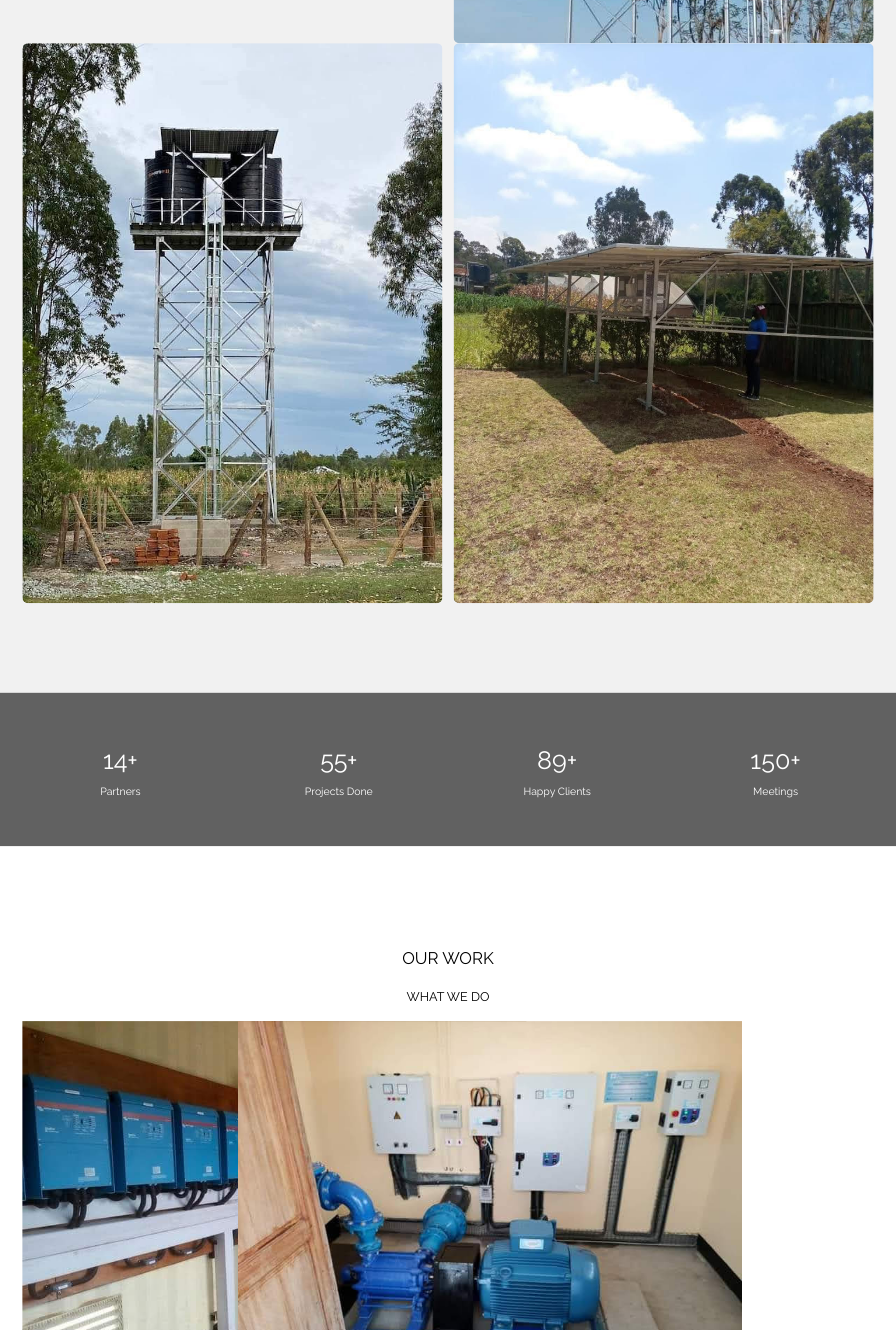
Repository: peterclermy232/LAZCOM
Page: index.html
An editor plug-in stored every save of this project. The page is shown before and after a run of saves, followed by the edit.
The browser window is 1280 px wide. The pictures show the part of the page from y = 2564 to 4464 px (the page is 8448 px tall before and 6884 px after), at 70% of full size.
A picture or video elsewhere on the page could not be fetched, so the positions and the page height are approximate.

Above is the page before, as saved 2022-06-23 08:39:41.

### index.html
<!DOCTYPE html>
<html>
<head>
<title>LAZCOM SOLAR AND ELECTRICALS SERVICES</title>
<meta charset="UTF-8">
<meta name="viewport" content="width=device-width, initial-scale=1">
<link rel="stylesheet" href="https://www.w3schools.com/w3css/4/w3.css">
<link rel="stylesheet" href="https://fonts.googleapis.com/css?family=Raleway">
<link rel="stylesheet" href="https://cdnjs.cloudflare.com/ajax/libs/font-awesome/4.7.0/css/font-awesome.min.css">
<style>
body,h1,h2,h3,h4,h5,h6 {font-family: "Raleway", sans-serif}

body, html {
  height: 100%;
  line-height: 1.8;
}

/* Full height image header */
.bgimg-1 {
  background-position: center;
  background-size: cover;
  background-image: url("images/sunsolar.jpeg");
  min-height: 100%;
}

.w3-bar .w3-button {
  padding: 16px;
}
</style>
</head>
<body>

<!-- Navbar (sit on top) -->
<div class="w3-top">
  <div class="w3-bar w3-white w3-card" id="myNavbar">

    <a href="#home" class="w3-bar-item w3-button w3-wide">
        <img src="images/images.png" alt="" style="width: 45%;">
    </a>
    <!-- Right-sided navbar links -->
    <div class="w3-right w3-hide-small">
      <a href="#about" class="w3-bar-item w3-button">ABOUT</a>
      <a href="#team" class="w3-bar-item w3-button"><i class="fa fa-user"></i> REFERENCES</a>
      <a href="#work" class="w3-bar-item w3-button"><i class="fa fa-th"></i> WORK</a>
      <!--<a href="#pricing" class="w3-bar-item w3-button"><i class="fa fa-usd"></i> PRICING</a>-->
      <a href="#contact" class="w3-bar-item w3-button"><i class="fa fa-envelope"></i> CONTACT</a>
    </div>
    <!-- Hide right-floated links on small screens and replace them with a menu icon -->

    <a href="javascript:void(0)" class="w3-bar-item w3-button w3-right w3-hide-large w3-hide-medium" onclick="w3_open()">
      <i class="fa fa-bars"></i>
    </a>
  </div>
</div>

<!-- Sidebar on small screens when clicking the menu icon -->
<nav class="w3-sidebar w3-bar-block w3-black w3-card w3-animate-left w3-hide-medium w3-hide-large" style="display:none" id="mySidebar">
  <a href="javascript:void(0)" onclick="w3_close()" class="w3-bar-item w3-button w3-large w3-padding-16">Close ×</a>
  <a href="#about" onclick="w3_close()" class="w3-bar-item w3-button">ABOUT</a>
  <a href="#team" onclick="w3_close()" class="w3-bar-item w3-button">REFERENCES</a>
  <a href="#work" onclick="w3_close()" class="w3-bar-item w3-button">WORK</a>
  <!--<a href="#pricing" onclick="w3_close()" class="w3-bar-item w3-button">PRICING</a>-->
  <a href="#contact" onclick="w3_close()" class="w3-bar-item w3-button">CONTACT</a>
</nav>

<!-- Header with full-height image -->
<header class="bgimg-1 w3-display-container w3-grayscale-min" id="home">
  <div class="w3-display-left w3-text-white" style="padding:48px">
    <span class="w3-jumbo w3-hide-small" style="color: green;">Services beyond you expectations</span><br>
    <span class="w3-xxlarge w3-hide-large w3-hide-medium">Start something that matters</span><br>
    <span class="w3-large">Lazcom is here to help you stay in a well ventilate house.</span>
    <p><a href="#about" class="w3-button w3-white w3-padding-large w3-large w3-margin-top w3-opacity w3-hover-opacity-off">Learn more and start today</a></p>
  </div>
  <div class="w3-display-bottomleft w3-text-grey w3-large" style="padding:24px 48px">

</header>

<!-- About Section -->
<div class="w3-container" style="padding:128px 16px" id="about">
  <h3 class="w3-center">ABOUT THE COMPANY</h3>
  <p class="w3-center w3-large">Key features of our company</p>
  <div class="w3-row-padding w3-center" style="margin-top:64px">
    <h3 style="text-align: center;">COMPANY PROFILE</h3>
<p>Lazcom Solar and Electrical Services Limited is a Company registered in Kenya
    in accordance to chap. 486 of Company’s act. Started in 2009 as a sole
    proprietorship, Lazcom Solar has grown in customer base and service and it
    was then registered as a Limited Company in Kenya in 2013.
    We
    specialize
    in
    design,
    selection,
    purchase,
    servicing,
    maintenance,
    replacement, installation, testing and commissioning of all types of green
    energy solutions up to and including solar water heating system, power back up
    systems,Borehole drilling and Equiping, solar water pump installation and to
    carry on business as consultants, advisers and service providers in respect of</p>
</div>
    <div class="">

      <p class="w3-large">Visson</p>
      <p>To be a leading alternative energy solutions provider by offering affordable and
        environmental friendly green energy solar solutions beyond the expectations of
        our clients.</p>
    </div>
    <div class="" style="margin: auto;">

      <p class="w3-large">Mission</p>
      <p>To satisfy our customers by offering efficient, effective, environmental friendly
        and affordable electric light, heating and power supplies using the latest
        technology and state of the art equipment for both commercial and residential
        use in accordance to our clients' needs.</p>
    </div>
</div>
    <div class="image">

        <p style="text-align: center;">Values</p>
        <p style="text-align: center;">Our Values Define our Being:</p>
        <div class="fakeimg">
            <ul>
              <li>We accept that challenges make us stronger and we enjoy the satisfaction of a
                job well done. We take action, make things real, work smart, have fun, and
                maintain a positive outlook in all things we do.</li>
              <li>We lead by example and use honesty, integrity, and open communications in all
                of our interactions.</li>
              <li>We strive to continually grow and improve as individuals, as a team, and as a
                company.</li>
              <li>We maintain a cost conscious attitude, promote increased efficiency, and
                ensure quality, which leads to a competitive edge in the marketplace.</li>
              <li>Sustainability and environmental stewardship through alternative energy
                sources and renewable energy systems is the core of our business, not only in
                our products and services we offer, but also the way we operate.</li>
              <li>We achieve customer satisfaction by honoring our commitments, exceeding
                expectations, and providing the highest quality products and service.</li>
            </ul>
          </div>
      </div>
</div>

<!-- Promo Section - "We know design" -->
<div class="w3-container w3-light-grey" style="padding:128px 16px">
  <div class="w3-row-padding">
    <div class="w3-col m6">
      <p><a href="#work" class="w3-button w3-black"><i class="fa fa-th"> </i> View Our Works</a></p>
    </div>
    <div class="w3-col m6">
      <img class="w3-image w3-round-large" src="images/metal.jpeg" alt="Buildings" width="700" height="394">
    </div>
    <div class="w3-col m6">

      <img class="w3-image w3-round-large" src="images/tank.jpeg" alt="Buildings" width="700" height="394">
    </div>
    <div class="w3-col m6">

      <img class="w3-image w3-round-large" src="images/person2.jpeg" alt="Buildings" width="700" height="394">
    </div>
  </div>
</div>

<!-- Team Section -->
<!-- Promo Section "Statistics" -->
<div class="w3-container w3-row w3-center w3-dark-grey w3-padding-64">
  <div class="w3-quarter">
    <span class="w3-xxlarge">14+</span>
    <br>Partners
  </div>
  <div class="w3-quarter">
    <span class="w3-xxlarge">55+</span>
    <br>Projects Done
  </div>
  <div class="w3-quarter">
    <span class="w3-xxlarge">89+</span>
    <br>Happy Clients
  </div>
  <div class="w3-quarter">
    <span class="w3-xxlarge">150+</span>
    <br>Meetings
  </div>
</div>

<!-- Work Section -->
<div class="w3-container" style="padding:128px 16px" id="work">
  <h3 class="w3-center">OUR WORK</h3>
  <p class="w3-center w3-large">WHAT WE DO</p>

  <div class="w3-row-padding" >
    <div class="w3-col l3 m6">
      <div class="w3-quarter">
        <img src="images/person1.jpeg" alt="">
      </div>

    </div>
   <!-- <div class="w3-col l3 m6">
      <div class="w3-quarter">
        <img src="images/person2.jpeg" alt="">
      </div>
    </div>
    -->
    <div class="w3-col l3 m6">
      <div class="w3-quarter">
        <img src="images/machine.jpeg" alt="">
      </div>
    </div>
  </div>
  <div class="w3-row-padding">
     <div class="w3-col l3 m6">
    <div class="w3-quarter">
      <img src="images/person2.jpeg" alt="">
    </div>
  </div>

  </div>

  <div class="w3-row-padding" style="margin-top:64px">
    <div class="w3-col l3 m6">
        <ol>
            <li>Designs, installations and Maintainance.</li>
            <li>Solar energy(lighting,water heating,pumping and street lighting)</li>
            <li>Power back-up system installation and maintainance</li>
            <li>Service and maintainance contracts</li>
            <li>Water pumps and Borehole services(Drilling and Equiping).</li>
            <li>General electrical designs and installations.</li>
            <li>Swimming pool design,installation and maintainance.</li>
          </ol>
    </div>
    <div class="w3-col l3 m6">
        <ol>
            <h3>We supply and install:</h3>
            <div>
              <li>Solar panels</li>
              <li>Generators</li>
              <li>Solar batteries</li>
              <li>Water pumps</li>
              <li>Inverters</li>
              <li>Electrical and plumbling</li>
              <li>Solar water heating systems</li>
              <li>Wiring</li>
              </div>
        </ol>
    </div>
    <div class="w3-col l3 m6">
        <h5>P.V application</h5>
        <ol>
          <li>Household appliances e.g. TVs, radio, home theatre, laptops etc</li>
          <li>Water pumping for small scale remote irrigation, stock watering and
            residential use.</li>
          <li>Lighting for residential needs, billboards, security, street lights, parking
            lots, pathways and schools.</li>
          <li>Refrigeration for medical and recreational uses.</li>
        </ol>
    </div>
    <div class="w3-col l3 m6">
        <p>Advantages of solar lighting</p>
  <ol>
    <li>Reliability</li>
    <li>Low operating costs</li>
    <li>Low environmental pollution</li>
    <li>Stand alone capability</li>
    <li>Portability</li>
    <li>Modularity</li>
    <li>Safety</li>
    <li>Ease of installation</li>
  </ol>
    </div>
  </div>

  <div class="w3-row-padding w3-section">
    <div class="w3-col l3 m6">
        <ol class=" flex-column">
            <h6><b>Solar powered water pumping systems (diagrams/pictures)</b></h6>
            <li class="nav-item">
              Grundfos -borehole applications
            </li>
            <li class="nav-item">
              Lorentzs pumps- for shallow wells,boreholes and booster applicati
            </li>
            <li class="nav-item">
              Dayliff pumps- shallow wells,surface and borehole pumps
            </li>
            <li class="nav-item">
              Solar security light
            </li>
            <li class="nav-item">
              Solar powered lanterns
            </li>
            <li class="nav-item">
              Solar garden lights
            </li>
            <li class="nav-item">
              Solar cell phone charger
            </li>
            <li class="nav-item">
              LED bulbs
            </li>
          </ol>
    </div>
    <div class="w3-col l3 m6">
        <p>Advantages of solar water system</p>
        <ol>
          <li>Energy Saving</li>
          <li>Use of free solar energy hence reduction of power bills.</li>
          <li>24 hours hot water</li>
          <li>Long life span-over 20 years</li>
          <li>Maintenance free system</li>
        </ol>
    </div>
    <div class="w3-col l3 m6">
        <p>Advantages of power backup systems</p>
        <ol>
          <li>Standby power in the event of main’s failure</li>
          <li>Alternative to generators which are expensive to maintain and fuel</li>
          <li>Instant and automatic changeover when the mains power fails</li>
          <li>Totally silent and non-polluting operation</li>
          <li>Very low running costs-just the power to charge the batteries</li>
        </ol>
    </div>
    <div class="w3-col l3 m6">
      <img src="/w3images/tech_tableturner.jpg" style="width:100%" onclick="onClick(this)" class="w3-hover-opacity" alt="A tableturner">
    </div>
  </div>
</div>

<!-- Modal for full size images on click-->
<div id="modal01" class="w3-modal w3-black" onclick="this.style.display='none'">
  <span class="w3-button w3-xxlarge w3-black w3-padding-large w3-display-topright" title="Close Modal Image">×</span>
  <div class="w3-modal-content w3-animate-zoom w3-center w3-transparent w3-padding-64">
    <img id="img01" class="w3-image">
    <p id="caption" class="w3-opacity w3-large"></p>
  </div>
</div>

<!-- Skills Section -->
<div class="w3-container w3-light-grey w3-padding-64">
  <div class="w3-row-padding">
    <div class="w3-col m6">
      <h3>Our Skills.</h3>
    <!--  <p>Lorem ipsum dolor sit amet, consectetur adipiscing elit, sed do eiusmod<br>
      tempor incididunt ut labore et dolore.</p>
      <p>Lorem ipsum dolor sit amet, consectetur adipiscing elit, sed do eiusmod<br>
      tempor incididunt ut labore et dolore.</p>
      -->
    </div>
    <div class="w3-col m6">
      <p class="w3-wide"><i class="fa fa-camera w3-margin-right"></i>Solar Installation</p>
      <div class="w3-grey">
        <div class="w3-container w3-dark-grey w3-center" style="width:90%">90%</div>
      </div>
      <p class="w3-wide"><i class="fa fa-desktop w3-margin-right"></i>Plumbing</p>
      <div class="w3-grey">
        <div class="w3-container w3-dark-grey w3-center" style="width:85%">85%</div>
      </div>
      <p class="w3-wide"><i class="fa fa-photo w3-margin-right"></i>Wiring</p>
      <div class="w3-grey">
        <div class="w3-container w3-dark-grey w3-center" style="width:75%">75%</div>
      </div>
    </div>
  </div>
</div>

<!-- Pricing Section
<div class="w3-container w3-center w3-dark-grey" style="padding:128px 16px" id="pricing">
  <h3>PRICING</h3>
  <p class="w3-large">Choose a pricing plan that fits your needs.</p>
  <div class="w3-row-padding" style="margin-top:64px">
    <div class="w3-third w3-section">
      <ul class="w3-ul w3-white w3-hover-shadow">
        <li class="w3-black w3-xlarge w3-padding-32">Basic</li>
        <li class="w3-padding-16"><b>10GB</b> Storage</li>
        <li class="w3-padding-16"><b>10</b> Emails</li>
        <li class="w3-padding-16"><b>10</b> Domains</li>
        <li class="w3-padding-16"><b>Endless</b> Support</li>
        <li class="w3-padding-16">
          <h2 class="w3-wide">$ 10</h2>
          <span class="w3-opacity">per month</span>
        </li>
        <li class="w3-light-grey w3-padding-24">
          <button class="w3-button w3-black w3-padding-large">Sign Up</button>
        </li>
      </ul>
    </div>
    <div class="w3-third">
      <ul class="w3-ul w3-white w3-hover-shadow">
        <li class="w3-red w3-xlarge w3-padding-48">Pro</li>
        <li class="w3-padding-16"><b>25GB</b> Storage</li>
        <li class="w3-padding-16"><b>25</b> Emails</li>
        <li class="w3-padding-16"><b>25</b> Domains</li>
        <li class="w3-padding-16"><b>Endless</b> Support</li>
        <li class="w3-padding-16">
          <h2 class="w3-wide">$ 25</h2>
          <span class="w3-opacity">per month</span>
        </li>
        <li class="w3-light-grey w3-padding-24">
          <button class="w3-button w3-black w3-padding-large">Sign Up</button>
        </li>
      </ul>
    </div>
    <div class="w3-third w3-section">
      <ul class="w3-ul w3-white w3-hover-shadow">
        <li class="w3-black w3-xlarge w3-padding-32">Premium</li>
        <li class="w3-padding-16"><b>50GB</b> Storage</li>
        <li class="w3-padding-16"><b>50</b> Emails</li>
        <li class="w3-padding-16"><b>50</b> Domains</li>
        <li class="w3-padding-16"><b>Endless</b> Support</li>
        <li class="w3-padding-16">
          <h2 class="w3-wide">$ 50</h2>
          <span class="w3-opacity">per month</span>
        </li>
        <li class="w3-light-grey w3-padding-24">
          <button class="w3-button w3-black w3-padding-large">Sign Up</button>
        </li>
      </ul>
    </div>
  </div>
</div>-->

<!-- Contact Section -->
<div class="w3-container w3-light-grey" style="padding:128px 16px" id="contact">
  <h3 class="w3-center">CONTACT</h3>
  <p class="w3-center w3-large">Lets get in touch. Send us a message:</p>
  <div style="margin-top:48px">
    <p><i class="fa fa-map-marker fa-fw w3-xxlarge w3-margin-right"></i> NAIROBI,Kenya</p>
    <p><i class="fa fa-phone fa-fw w3-xxlarge w3-margin-right"></i> Phone: +2547724394458 or +254753532902</p>
    <p><i class="fa fa-envelope fa-fw w3-xxlarge w3-margin-right"> </i> Email: lazkomsolar@gmail.com</p>
    <br>
  <!--  <form action="/action_page.php" target="_blank">
      <p><input class="w3-input w3-border" type="text" placeholder="Name" required name="Name"></p>
      <p><input class="w3-input w3-border" type="text" placeholder="Email" required name="Email"></p>
      <p><input class="w3-input w3-border" type="text" placeholder="Subject" required name="Subject"></p>
      <p><input class="w3-input w3-border" type="text" placeholder="Message" required name="Message"></p>
      <p>
        <button class="w3-button w3-black" type="submit">
          <i class="fa fa-paper-plane"></i> SEND MESSAGE
        </button>
      </p>
    </form>
  -->
    <!-- Image of location/map
    <img src="/w3images/map.jpg" class="w3-image w3-greyscale" style="width:100%;margin-top:48px">
    -->

  </div>
</div>
<div class="w3-container" style="padding:128px 16px" id="team">
    <h3 class="w3-center">REFERENCES:</h3>
    <p class="w3-center w3-large">The ones who we have worked For</p>
    <div class="w3-row-padding w3-grayscale" style="margin-top:64px">
      <div class="w3-col l3 m6 w3-margin-bottom">
          <div class="w3-container">

              <li style="color:red">Loreto srs....Maryward cent
                ...contact..0720953022</li>
            <p>Solar hot water systems...12no.units</p>
            <p>Borehole services</p>
            <p>Generator services</p>
            </li>
          </div>

      </div>
      <div class="w3-col l3 m6 w3-margin-bottom">

          <div class="w3-container">
            <li style="color:red">missionaries of Africa....Contact..
                0718080276</li>
                <p>Solar hot water systems....3units</p>
                <p>Inverter systems....5kw system.</p>
            </li>
          </div>

      </div>
      <div class="w3-col l3 m6 w3-margin-bottom">
          <div class="w3-container">
            <li style="color:red"> Consolata sisters:......
                contact:sr.karthy....0712588471</li>
                <p>Solar hot water systems...6units.</p>
                <p>Borehole services...2no.borehole.</p>
            </li>
          </div>

      </div>
      <div class="w3-col l3 m6 w3-margin-bottom">
          <div class="w3-container">
            <li style="color:red">Hekima University college............Contact:Fr.Elius..0720836944</li>
            <p>Solar hot water systems......8units.</p>
            <p>Borehole services....1no.</p>
            <p>Generator services.</p>
            </li>
          </div>

      </div>
    </div>
  </div>


<!-- Footer -->
<footer class="w3-center w3-black w3-padding-64">
  <a href="#home" class="w3-button w3-light-grey"><i class="fa fa-arrow-up w3-margin-right"></i>To the top</a>
  <div class="w3-xlarge w3-section">
    <i class="fa fa-facebook-official w3-hover-opacity"></i>
    <i class="fa fa-instagram w3-hover-opacity"></i>
    <i class="fa fa-snapchat w3-hover-opacity"></i>
    <i class="fa fa-pinterest-p w3-hover-opacity"></i>
    <i class="fa fa-twitter w3-hover-opacity"></i>
    <i class="fa fa-linkedin w3-hover-opacity"></i>
  </div>
 <!--<p>Powered by <a href="https://www.w3schools.com/w3css/default.asp" title="W3.CSS" target="_blank" class="w3-hover-text-green">w3.css</a></p>-->
</footer>

<script>
// Modal Image Gallery
function onClick(element) {
  document.getElementById("img01").src = element.src;
  document.getElementById("modal01").style.display = "block";
  var captionText = document.getElementById("caption");
  captionText.innerHTML = element.alt;
}


// Toggle between showing and hiding the sidebar when clicking the menu icon
var mySidebar = document.getElementById("mySidebar");

function w3_open() {
  if (mySidebar.style.display === 'block') {
    mySidebar.style.display = 'none';
  } else {
    mySidebar.style.display = 'block';
  }
}

// Close the sidebar with the close button
function w3_close() {
    mySidebar.style.display = "none";
}
</script>

</body>
</html>

After the next 4 saves:
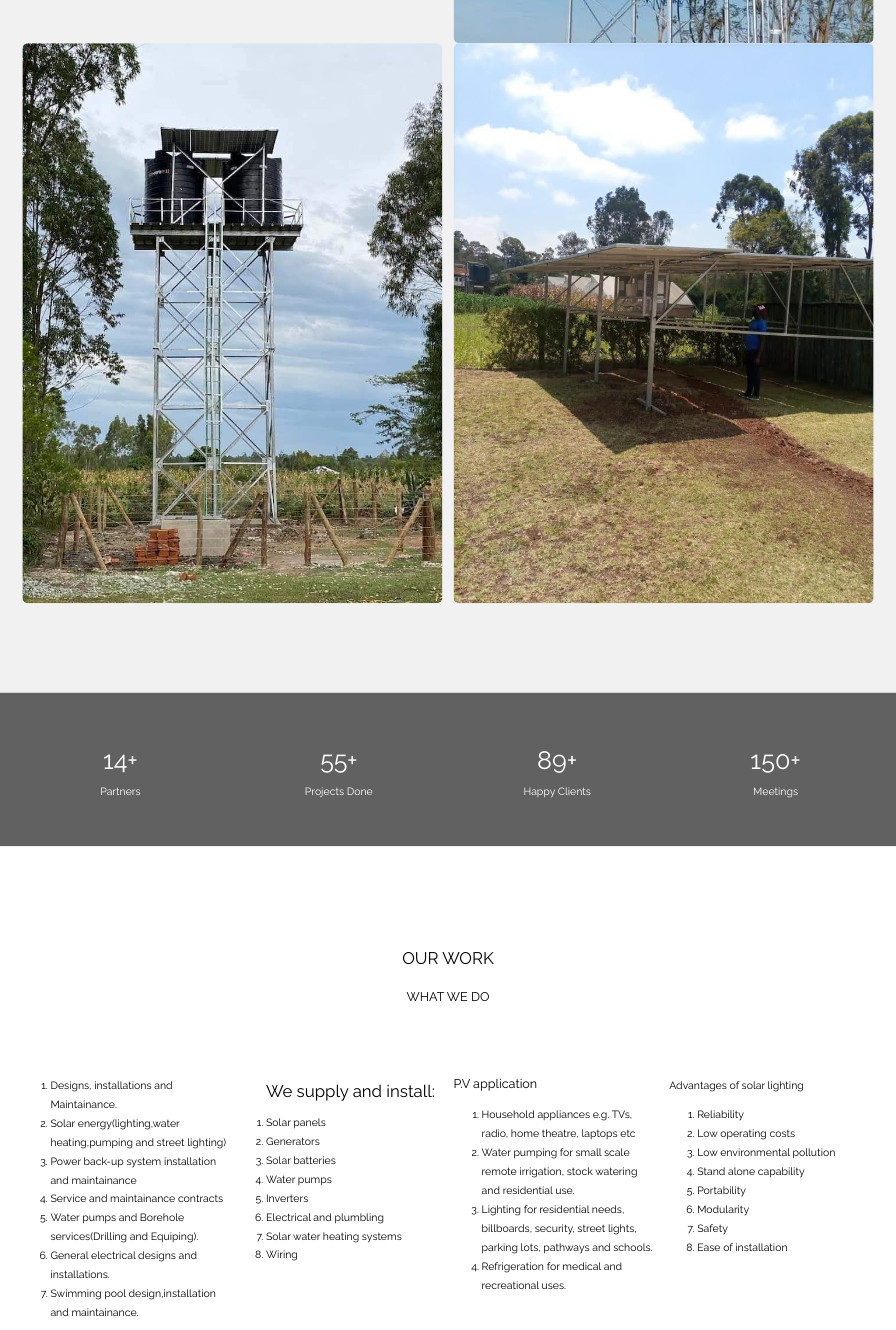
The 4 saves are shown as one change because they came seconds apart.
The last was saved 35 s later.
--- a/index.html
+++ b/index.html
@@ -186,30 +186,11 @@ body, html {
   <p class="w3-center w3-large">WHAT WE DO</p>
 
   <div class="w3-row-padding" >
-    <div class="w3-col l3 m6">
-      <div class="w3-quarter">
-        <img src="images/person1.jpeg" alt="">
-      </div>
-
-    </div>
-   <!-- <div class="w3-col l3 m6">
-      <div class="w3-quarter">
-        <img src="images/person2.jpeg" alt="">
-      </div>
-    </div>
-    -->
-    <div class="w3-col l3 m6">
-      <div class="w3-quarter">
-        <img src="images/machine.jpeg" alt="">
-      </div>
-    </div>
-  </div>
-  <div class="w3-row-padding">
-     <div class="w3-col l3 m6">
-    <div class="w3-quarter">
-      <img src="images/person2.jpeg" alt="">
-    </div>
-  </div>
+
+
+
+
+
 
   </div>
 
